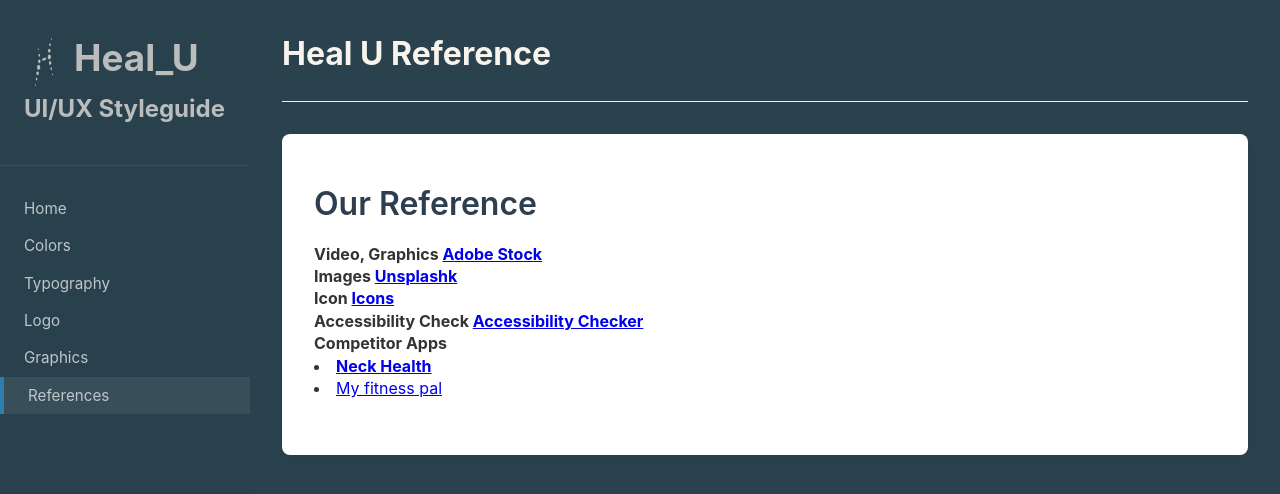
Repository: rosielee09/Heal_U
Page: references.html
An editor plug-in stored every save of this project. The page is shown before and after the next save, followed by the edit.
The browser window is 1280 px wide. The pictures show the whole page.

Above is the page before, as saved 2025-04-06 14:31:37.

### references.html
<!DOCTYPE html>
<html lang="en">
<head>
    <meta charset="UTF-8">
    <meta name="viewport" content="width=device-width, initial-scale=1.0">
    <link rel="apple-touch-icon" sizes="180x180" href="/apple-touch-icon.png">
    <link rel="icon" type="image/png" sizes="32x32" href="/favicon-32x32.png">
    <link rel="icon" type="image/png" sizes="16x16" href="/favicon-16x16.png">
    <link rel="manifest" href="/site.webmanifest">
    <link rel="stylesheet" href="styles.css">
    <title>Heal_U Styleguide</title>
</head>
<body>
    <div class="container">
        <!-- Sidebar Navigation -->
        <div class="sidebar">
            <div class="sidebar-header">
                <div class="logo">
                    <img src="./img/logo/Logo - Heal U_sq_logo_light.png" alt="logo" width="40px" >
                    <p>Heal_U</p>
                </div>
                <h1>UI/UX Styleguide</h1>

            </div>
            <ul class="nav">
                <li><a href="index.html">Home</a></li>
                <li><a href="colors.html">Colors</a></li>
                <li><a href="typography.html">Typography</a></li>
                <li><a href="logo.html">Logo</a></li>
                <li><a href="graphics.html">Graphics</a></li>
                <li class="active"><a href="references.html">References</a></li>
            </ul>
        </div>

        <!-- Main Content  -->
        <div class="content">
            <header class="page-header">
                <h2>Heal U Reference</h2>
            </header>

            <div class="component">
                <div class="component-header">
                    <h3 class="component-title">Our Reference</h3>
                    <h4 class="reference--list">Video, Graphics
                        <a href="https://stock.adobe.com/ca/" class="reference-link">Adobe Stock</a></h4>
                    <h4 class="reference--list">Images
                            <a href="https://unsplash.com/ko" class="reference-link">Unsplashk</a></h4>
                    <h4 class="reference--list">Icon
                        <a href="https://icons8.com/" class="reference-link">Icons</a></h4>
                        <h4 class="reference--list">Accessibility Check
                            <a href="https://www.accessibilitychecker.org/color-contrast-checker/" class="reference-link">Accessibility Checker</a></h4>
                    <h4 class="reference--list">Competitor Apps
                         <li> <a href="https://play.google.com/store/apps/details?id=melstudio.mneck&hl=en&pli=1" class="reference-link">Neck Health</a></h4></li>
                         <li> <a href="https://www.myfitnesspal.com/" class="reference-link">My fitness pal</a></h4></li>
                </div>
                <div class="component-content">
                </div>
            </div>
</body>
<script src="script.js"></script>
</html>

### styles.css
* {
    margin: 0;
    padding: 0;
    box-sizing: border-box;
}

body {
    font-family: 'Inter', -apple-system, BlinkMacSystemFont, 'Segoe UI', Roboto, Oxygen, Ubuntu, Cantarell, sans-serif;
    line-height: 1.4;
    color: #333;
    background: #29424D;

    margin: 0;
    padding: 0;
    width: 100vw;
    height: 100vh;
}

hr {
    padding: 1rem;
    border: 0.4px solid white;
}

video {
    border-radius: 53px;
    padding: 0 10px;
}


/* Layout */
.container {
    display: flex;
    min-height: 100vh;
}

/* Sidebar Navigation */
.sidebar {
    width: 250px;
    background-color: #29424D;
    color: #F8F3EC;
    padding: 2rem 0;
    position: fixed;
    height: 100vh;
    overflow-y: hidden;
    opacity: 0.7;
}


.sidebar-header {
    padding: 0 1.5rem 2rem;
    border-bottom: 1px solid rgba(255, 255, 255, 0.1);
}

.sidebar-header h1 {
    font-size: 1.5rem;
    font-weight: 700;
    margin-bottom: 0.5rem;
}

.sidebar-header p {
    font-size: 0.875rem;
    opacity: 1;
}

.nav {
    list-style: none;
    padding: 1.5rem 0;
}

.nav li {
    padding: 0.5rem 1.5rem;
}

.nav li.active {
    background-color: rgba(255, 255, 255, 0.1);
    border-left: 4px solid #3498db;
}

.nav a {
    color: #fff;
    text-decoration: none;
    display: block;
    font-size: 0.95rem;
    transition: all 0.2s;
}

.nav a:hover {
    opacity: 1;
}

/* Logo in Navbar */
/* Logo styling */
.logo {
    display: flex;
    align-items: left;
    gap: 10px;  /* Space between logo image and text */
    /* padding: 0 1.5rem;  Match your sidebar padding */
}


.logo p {
    color: #F8F3EC;  /* Match your sidebar text color */
    font-weight: 700;
    font-size: 2.3rem;
    margin: 0;  /* Remove default paragraph margin */
    margin-bottom: 0.5rem;
}

/* Home page animation */
.body-homepage{
    overflow: hidden;
    position: relative;
    display: flex;
    align-items: center;
}
.animation--title {
    text-align: right;
    display: flex;
    flex-direction: column;
    justify-content: flex-end;
    margin-left: 50rem; /* Push to the right side */
    margin-right: 5%; /* Keep some space from the edge */
    width: 50%;
  }

  .animation--title-head {

    color: #F8F3EC;
    font-size: 8rem;
    line-height: 1.2;
    font-weight: bold;
    letter-spacing: 2px;
    font-family: 'Roboto', sans-serif;
    text-transform: uppercase;

  }

  .animation--title-subhead {
    color: #F8F3EC;
    font-size: 1.7rem;
    line-height: 1.5;
    font-family: 'Roboto', sans-serif;
    font-style: italic;
    margin-top: 2rem;
    margin-bottom: 2rem;
  }

  .animation--title-member {
    color: #F8F3EC;
    font-size: 1.4rem;
    line-height: 1.4;
    font-family: 'Roboto', sans-serif;

  }



  .blob {
    position: absolute;
    top: 0;
    left: 0;
    fill: #CFC4F4;
    width: 50vmax;
    z-index: -1;
    animation: move 10s ease-in-out infinite;
    transform-origin: 50% 50%;
  }

  @keyframes move {
    0%   { transform: scale(1)   translate(10px, -30px); }
    38%  { transform: scale(0.8, 1) translate(80vw, 30vh) rotate(160deg); }
    40%  { transform: scale(0.8, 1) translate(80vw, 30vh) rotate(160deg); }
    78%  { transform: scale(1.3) translate(0vw, 50vh) rotate(-20deg); }
    80%  { transform: scale(1.3) translate(0vw, 50vh) rotate(-20deg); }
    100% { transform: scale(1)   translate(10px, -30px); }
  }




/* Main Content */
.content {
    flex: 1;
    padding: 2rem;
    margin-left: 250px;
    max-width: calc(100% - 250px);
}

.page-header {
    margin-bottom: 2rem;
    padding-bottom: 1rem;
    border-bottom: 1px solid #eee;
}

.page-header h2 {
    font-size: 2rem;
    font-weight: 700;
    color: #F8F3EC;
    margin-bottom: 0.5rem;
}

.page-header p {
    color: #F8F3EC;
    font-size: 1.1rem;
}

/* Components Common Styles */
.component {
    background-color: #fff;
    border-radius: 8px;
    box-shadow: 0 2px 10px rgba(0, 0, 0, 0.05);
    padding: 2rem;
    padding-top: 1rem;
    margin-bottom: 2rem;
}

.component-section{
    margin-top: 3rem;
}

.component-header {
    margin-top: 1.5rem;
    margin-bottom: 1.5rem;
}

.component-title {
    font-size: 2rem;
    font-weight: 600;
    margin-top: 2rem;
    margin-bottom: 1rem;
    color: #2c3e50;
}

.component-description {
    color: #7f8c8d;
    padding-bottom: 1rem;
}


    /* Color Styles */
.color-grid {
    display: grid;
    grid-template-columns: repeat(auto-fill, minmax(300px, 1fr));
    gap: 1.5rem;
}

.color-grid__onlycolor {
    display: grid;
    grid-template-columns: repeat(auto-fill, minmax(300px, 2fr));
    gap: 1.5rem;
    align-items: start;
}


.color-grid__example {
    display: grid;
    grid-template-columns: repeat(auto-fill, minmax(400px, 2fr));
    gap: 1.5rem;
    align-items: start;
}

.color-grid__Accessiblilliy {
    display: grid;
    grid-template-columns: repeat(auto-fit, minmax(clamp(300px, 50%, 400px), 1fr));
    gap: 1.5rem;
}

.color-grid__expressive {
    display: grid;
    grid-template-columns: repeat(auto-fit, minmax(200px, 1fr));
    gap: 1.5rem;
    align-items: start;
}


.color-item {
    border-radius: 6px;
    overflow: hidden;
    box-shadow: 0 2px 5px rgba(0, 0, 0, 0.1);
}

.color-preview {
    height: 120px;
}

.color-info {
    padding: 1rem;
    background-color: #fff;
}

.color-name {
    font-weight: 600;
    margin-bottom: 0.25rem;
}

.color-value {
    font-family: monospace;
    color: #7f8c8d;
    font-size: 0.85rem;
}

.color__primary--preview{
    background-color: #29424D;
}

.color__secondary--preview{
    background-color: #CFC4F4;
}

.color__tertiary--preview {
    background-color: #F8F3EC;
}

.color__accent--preview{
    background-color: #CDF06B;
}

.color__success--preview{
    background-color: #138636;
}

.color__error--preview{
    background-color: #C32D2D;
}

.color__warning--preview{
    background-color: #FFBD11;
}

.color__info--preview{
    background-color: #4976BA;
}

.color__background--preview{
    background-color: #fff;
}

.color__text--preview{
    background-color: #2E2E30;
}

.color-accessiblillity-img {
    width: 100%;
    height: 70%;
}

.color-example-img{
    align-items: center;
}

.color-bold-title{
    font-weight: bold;
  }

.color-explain{
    padding:5px;
    margin-left: 20px;
    margin-top: 5px;
}

/* Graphics */
.graphic-grid {
    display: grid;
    grid-template-columns: repeat(auto-fill, minmax(300px, 2fr));
    gap: 1.5rem;

}

/* section__icons */
.graphic-grid__icons{
    display: grid;
    grid-template-columns: repeat(5, 1fr);
    gap: 1.5rem;
}

.graphic-item{
   justify-items: center;

}


.graphic-menu__icon{
    padding: 8px;
    border: 0.4px solid lightgrey;
    border-radius: 8px;
}

.graphic-title{
    margin-top: 2rem;
    margin-bottom: 1rem;
}

.graphic-title-desc{
    margin-bottom: 1rem;
}

.graphic-item-grid1{
    margin-top: 3rem;
}


/* section illustrations */
.graphic-grid-illustrations,
.graphic-grid-images{
    display: grid;
    grid-template-columns: repeat(3, 1fr);
    gap: 1.5rem;
}
.graphic-item-illustrations,
.graphic-illustrations{
    max-width: 200px;
    max-height: 200px;
}
.graphic-icons{
    padding: 10px;
    border-radius: 16px;
}

/* Typography */

/* Import Roboto font with multiple weights */
@import url('https://fonts.googleapis.com/css2?family=Roboto:wght@400;500;700&display=swap');

.component-title-typography{
    color: #F8F3EC;
}

/* Table styling */
table {
  width: 100%;
  border-collapse: collapse;
  font-family: 'Roboto', sans-serif;
  margin: 2rem 0;
}

th {
  background-color: #f8f9fa;
  color: #212529;
  padding: 12px 16px;
  text-align: left;
  font-weight: 500;
  border-bottom: 2px solid #dee2e6;

}

td {
  padding: 16px;
  border-bottom: 1px solid #e9ecef;
  vertical-align: top;
}

/* Remove default list styling */
td li {
  list-style: none;
  margin: 4px 0;
  padding-left: 0;
}



.content-image {
  margin: auto;
  display: block;
  padding: 1rem;
}

.center {
  text-align: center;
}



.typography-item {
    margin-bottom: 2rem;
}


.heading1 {
  font-family: 'Roboto', sans-serif;
  font-size: 40px;
  line-height: 48px;
  font-weight: 700;
  color: #212529;

}

.heading2 {
  font-family: 'Roboto', sans-serif;
  font-size: 32px;
  line-height: 40px;
  font-weight: 700;
  color: #212529;
}

.section-header {
  font-family: 'Roboto', sans-serif;
  font-size: 24px;
  line-height: 32px;
  font-weight: 700;
  color: #212529;
}

.sub-header {
  font-family: 'Roboto', sans-serif;
  font-size: 20px;
  line-height: 28px;
  font-weight: 700;
  color: #212529;
}

.body-bold {
  font-family: 'Roboto', sans-serif;
  font-size: 16px;
  line-height: 24px;
  font-weight: 700;
  color: #212529;
}


.body {
  font-family: 'Roboto', sans-serif;
  font-size: 16px;
  line-height: 24px;
  font-weight: 400;
  color: #212529;
}

.small {
  font-family: 'Roboto', sans-serif;
  font-size: 14px;
  line-height: 20px;
  font-weight: 400;
  color: #212529;
}

.small-italic {
  font-family: 'Roboto', sans-serif;
  font-style: italic;
  font-size: 14px;
  line-height: 20px;
  font-weight: 400;
  color: #212529;
}

.tiny-bold {
  font-family: 'Roboto', sans-serif;
  font-size: 12px;
  line-height: 18px;
  font-weight: 700;
  color: #212529;
}

.tiny {
  font-family: 'Roboto', sans-serif;
  font-size: 12px;
  line-height: 18px;
  font-weight: 400;
  color: #212529;
}

.mini {
  font-family: 'Roboto', sans-serif;
  font-size: 8px;
  line-height: 12px;
  font-weight: 400;
  color: #212529;
  letter-spacing: 0.5px;
}

/* Add zebra striping for better readability */
tbody tr:nth-child(odd) {
  background-color: #f8f9fa;
}

/* Logo */

.title-inter {
    @import url('https://fonts.googleapis.com/css2?family=Inter&display=swap');
    font-family: 'Inter', sans-serif;
    font-size: 28px;
    font-weight: bold;
    line-height: 32px;
    letter-spacing: 0.5px;
}.typography-why{
    font-size: 16px;
}

th:nth-child(2), td:nth-child(2) {
    width: 20%; /* Adjust this value as needed */
  }

th:nth-child(3), td:nth-child(3) {
    width: 35%; /* Adjust this value as needed */
  }

  td:nth-child(3) li {
    list-style-type: disc; /* This will add bullet points */

  }

Loaded but not shown: script.js (no stored copy; drawn as an empty file)

After the next save:
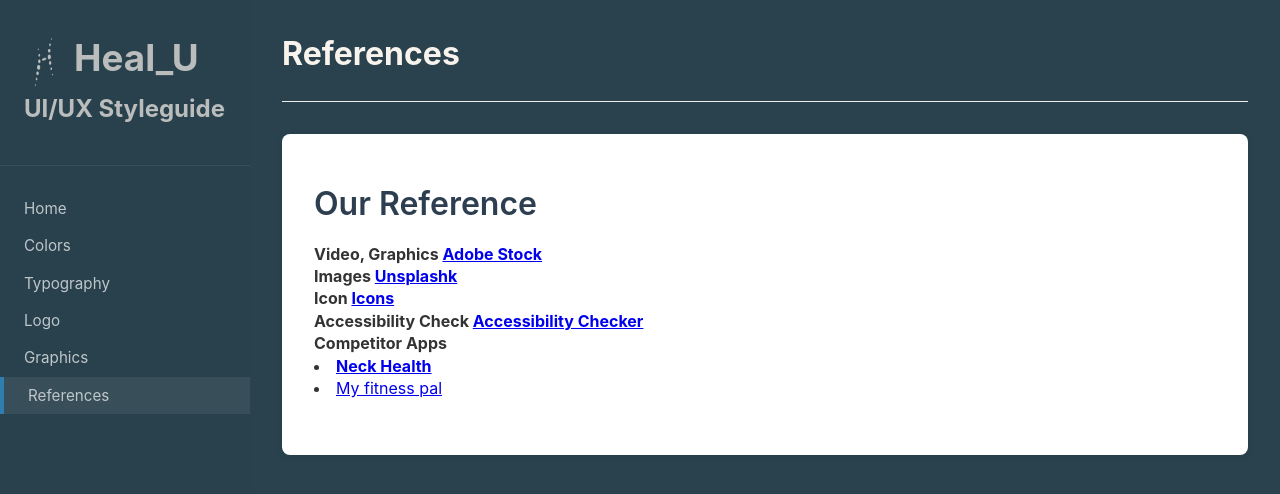
Saved 26 s later.
--- a/references.html
+++ b/references.html
@@ -35,7 +35,7 @@
         <!-- Main Content  -->
         <div class="content">
             <header class="page-header">
-                <h2>Heal U Reference</h2>
+                <h2>References</h2>
             </header>
 
             <div class="component">
